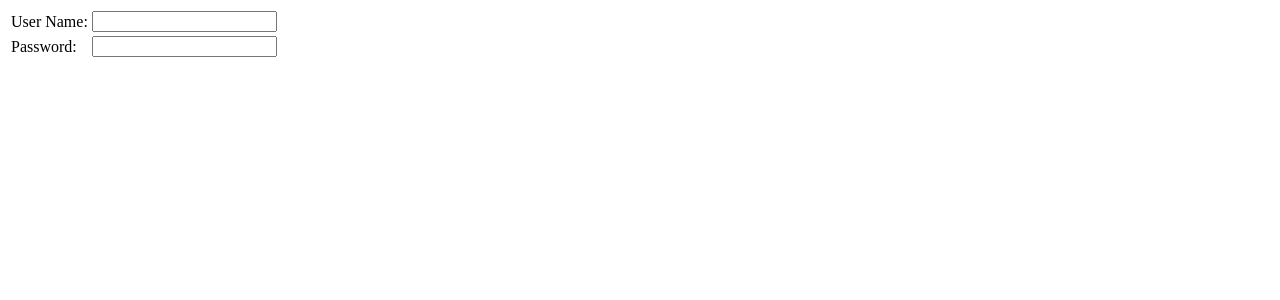
Repository: upendra0609/Spring_Framework
Page: http://localhost/springApp01/login
These files come from the project's save history. The page is drawn as it stood at one moment and after the next save; the edit follows.
The browser window is 1280 px wide. The pictures show the whole page.
The page is served by Tomcat 9.

Above is the page before, as saved 2023-06-28 10:49:45.

After the next save:
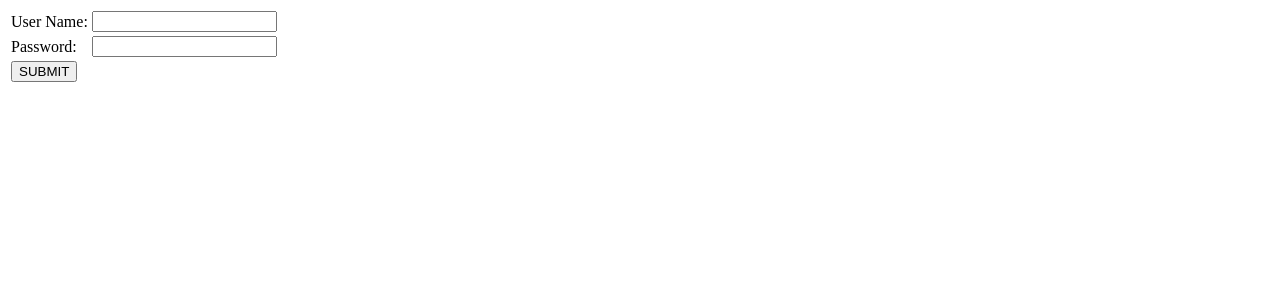
Saved 44 s later.
--- a/Spring_Security/springApp01/WebContent/WEB-INF/loginPage.jsp
+++ b/Spring_Security/springApp01/WebContent/WEB-INF/loginPage.jsp
@@ -24,6 +24,11 @@
         <input type="password" name="password" />
       </td>
     </tr>
+    <tr>
+      <td>
+        <input type="submit" value="SUBMIT"/>
+      </td>
+    </tr>
   </table>
 </form>
 
